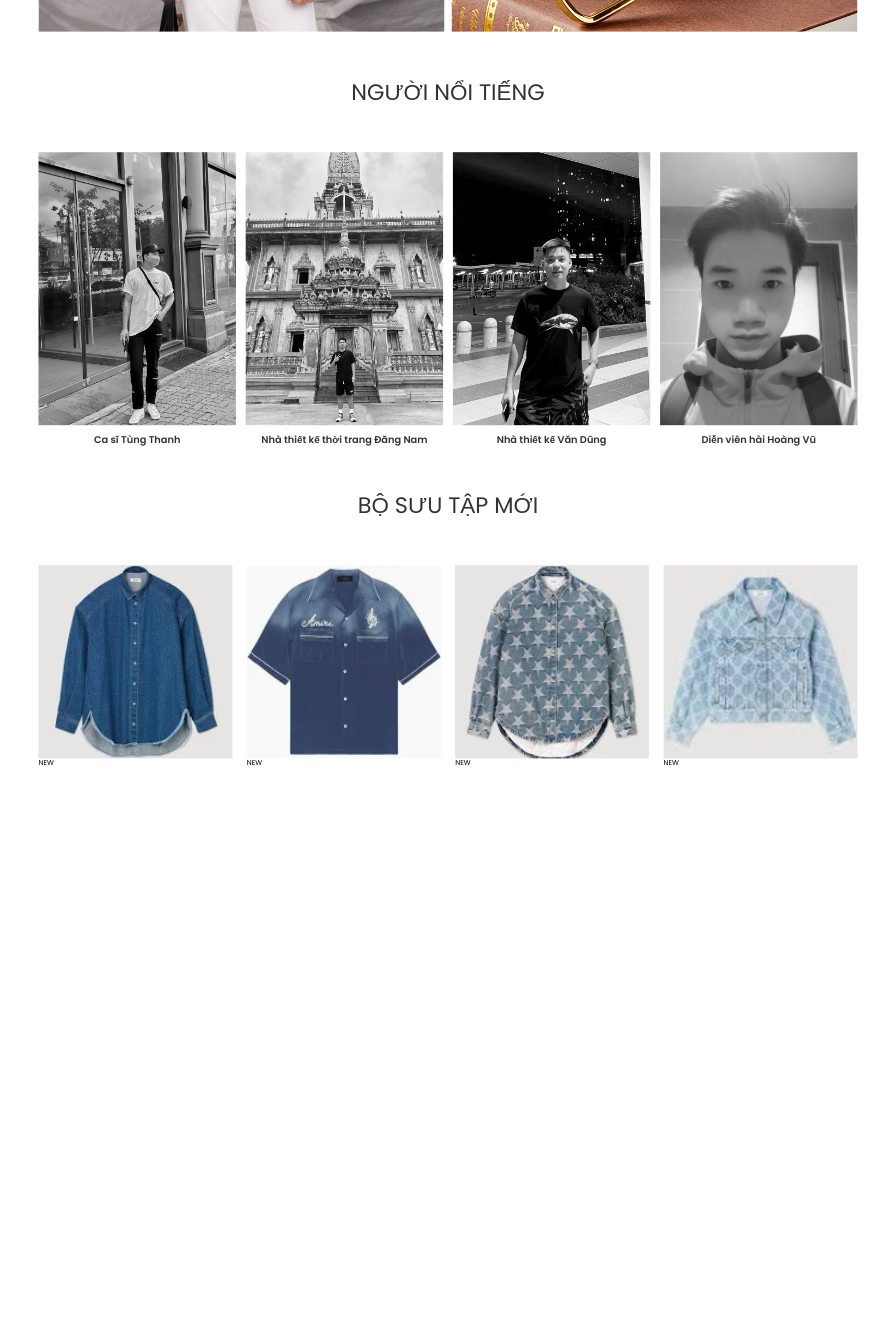
Repository: hoang28092000/kinsmanClothes
Page: index.html
The author's editor kept a copy of each file at every save. The page is drawn from the files as they stood at one save, then again after a run of saves.
The browser window is 1280 px wide. The pictures show the part of the page from y = 1309 to 3229 px (the page is 5080 px tall), at 70% of full size.

Above is the page before, as saved 2025-05-07 00:59:56.

After the next 6 saves:
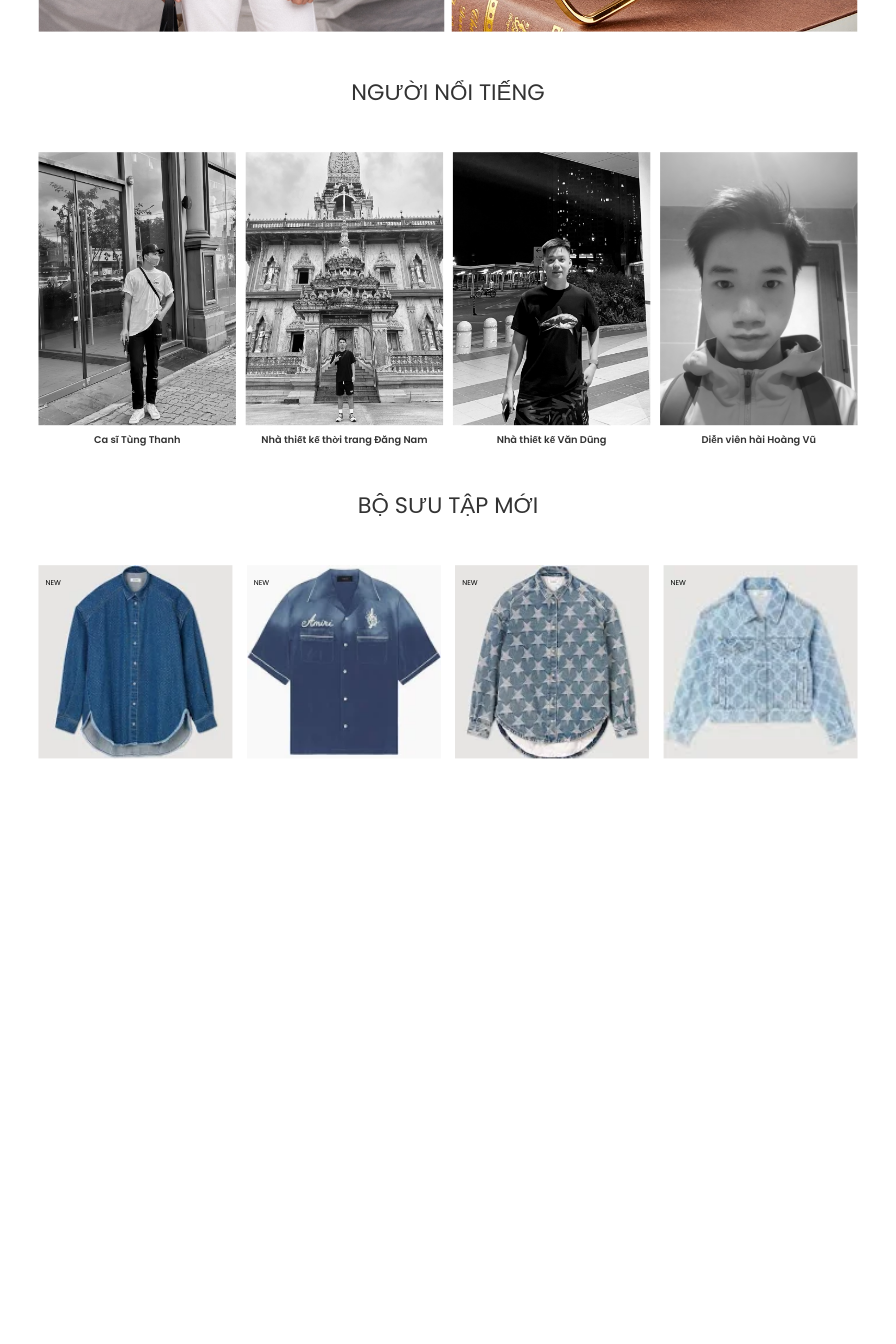
The 6 saves are shown as one change because they came seconds apart.
The last was saved 15 s later.
--- a/css/main.css
+++ b/css/main.css
@@ -280,5 +280,6 @@
 }
 .item-collection p{
     position: absolute;
-    top
-}
+    top: 20px;
+    left: 10px;
+}
